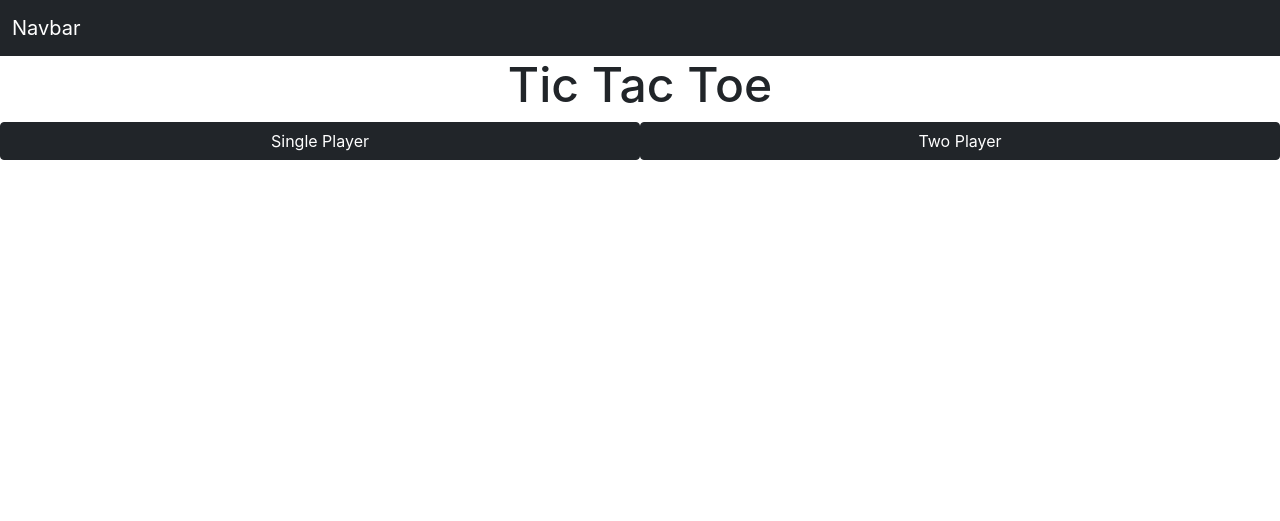
Repository: napan24/tic-tac-toe
Page: /
An editor plug-in stored every save of this project. The page is shown before and after the next save, followed by the edit.
The browser window is 1280 px wide. The pictures show the whole page.
The project was rebuilt for these pictures with package versions that can differ from the ones it lists, and the page was loaded fresh each time. Also part of the build but not shown: src/App.css, src/tik.css, src/App.js, src/Vscomp.js.

Above is the page before, as saved 2022-06-16 18:00:44.

After the next save:
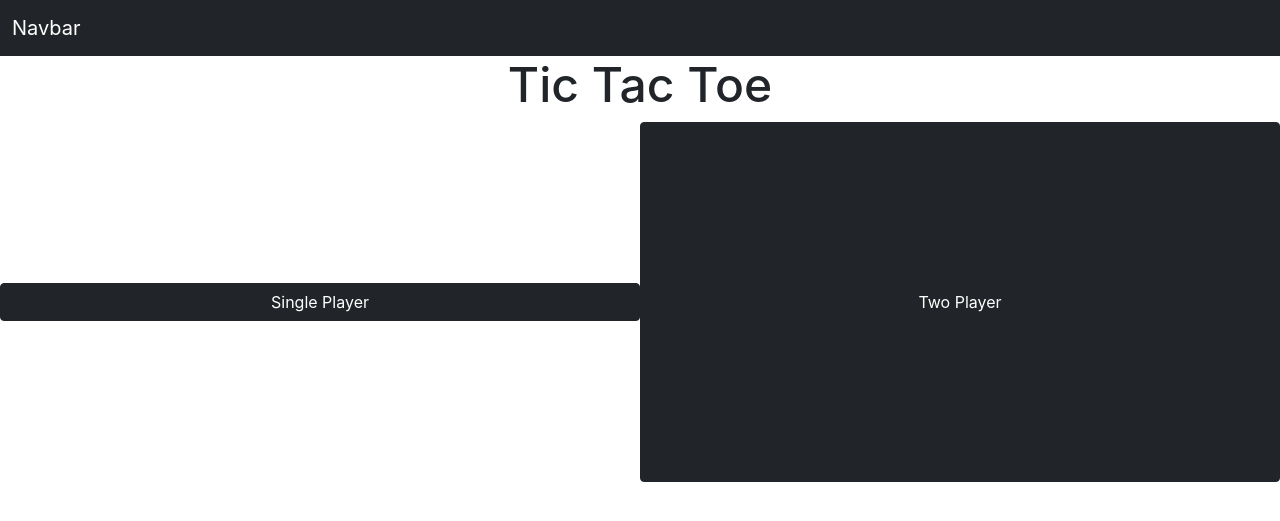
Saved 40 s later.
--- a/src/Home.js
+++ b/src/Home.js
@@ -14,7 +14,7 @@ export default function () {
         <button type="button" class="btn btn-dark" style={{width:"50vw"}}>
             Single Player
         </button>
-        <button type="button" class="btn btn-dark" style={{width:"50vw"}}>
+        <button type="button" class="btn btn-dark" style={{width:"50vw",height:"50vh"}}>
             Two Player
         </button>
     </>
